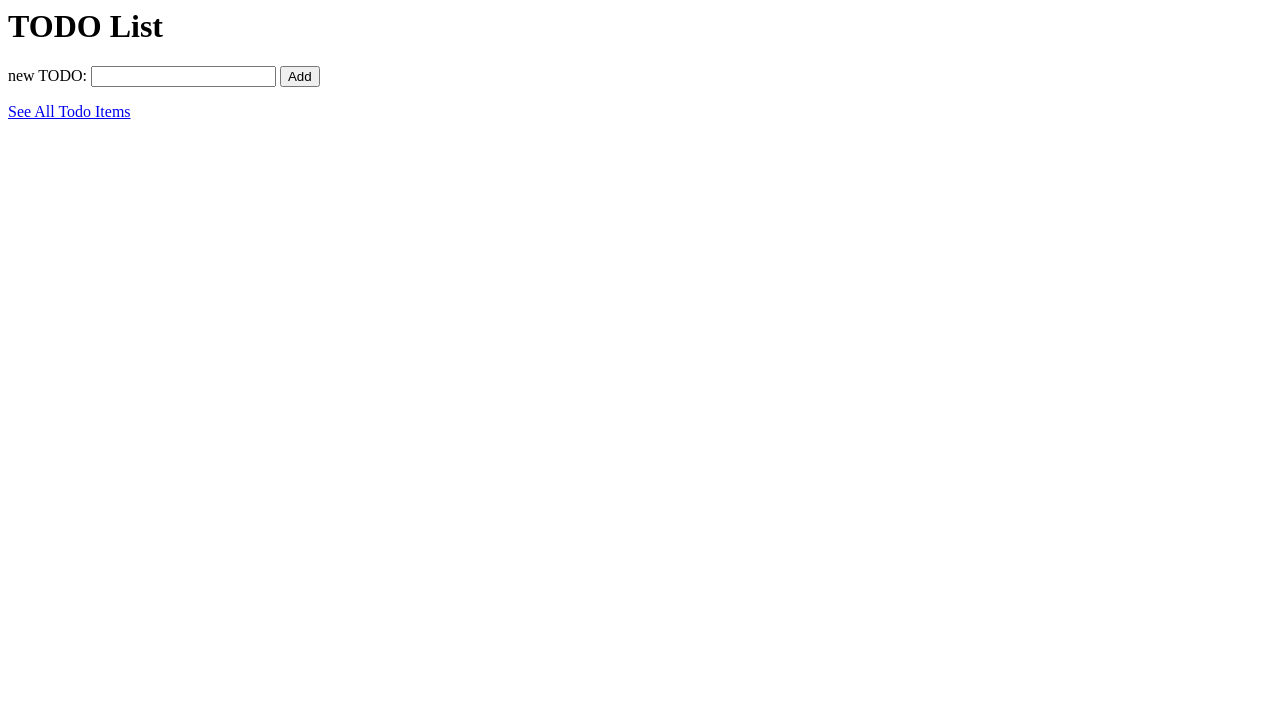
Repository: Katsu-Shunsuke/todo_flask
Page: http://localhost/
The author's editor kept a record of every edit. The page is drawn from the files as they stood at one moment, then again after the next edit.
The browser window is 1280 px wide. The pictures show the whole page.
The page is served by the project's application, run on Flask 3 (main.py).

Above is the page before.

### templates/index.html
<html>
    <body>
        <h1>TODO List</h1>
        <form method="POST", action="/append">
            new TODO: <input type="text" name="message">
            <input type="submit" value="Add">
        </form>
        <a href="/append">See All Todo Items</a>
    </body>
</html>

### main.py
from flask import Flask, request, render_template, redirect

app = Flask(__name__)
data = []

@app.route('/')
def index():
    return render_template('index.html', todo_list=data)


@app.route('/append', methods=['GET', 'POST'])
def append():
    if request.method == 'POST':
        new = request.form['message']
        if new in data:
            print('既に存在しています')
        else:
            data.append(new)
        return render_template('index.html', todo_list=data)

@app.route('/delete', methods=['POST'])
def delete_item():
    item = request.form['item']
    if item in data:
        data.remove(item)
    return redirect('/')

if __name__ == '__main__':
    app.run(port=8080, debug=True)

After the next edit:
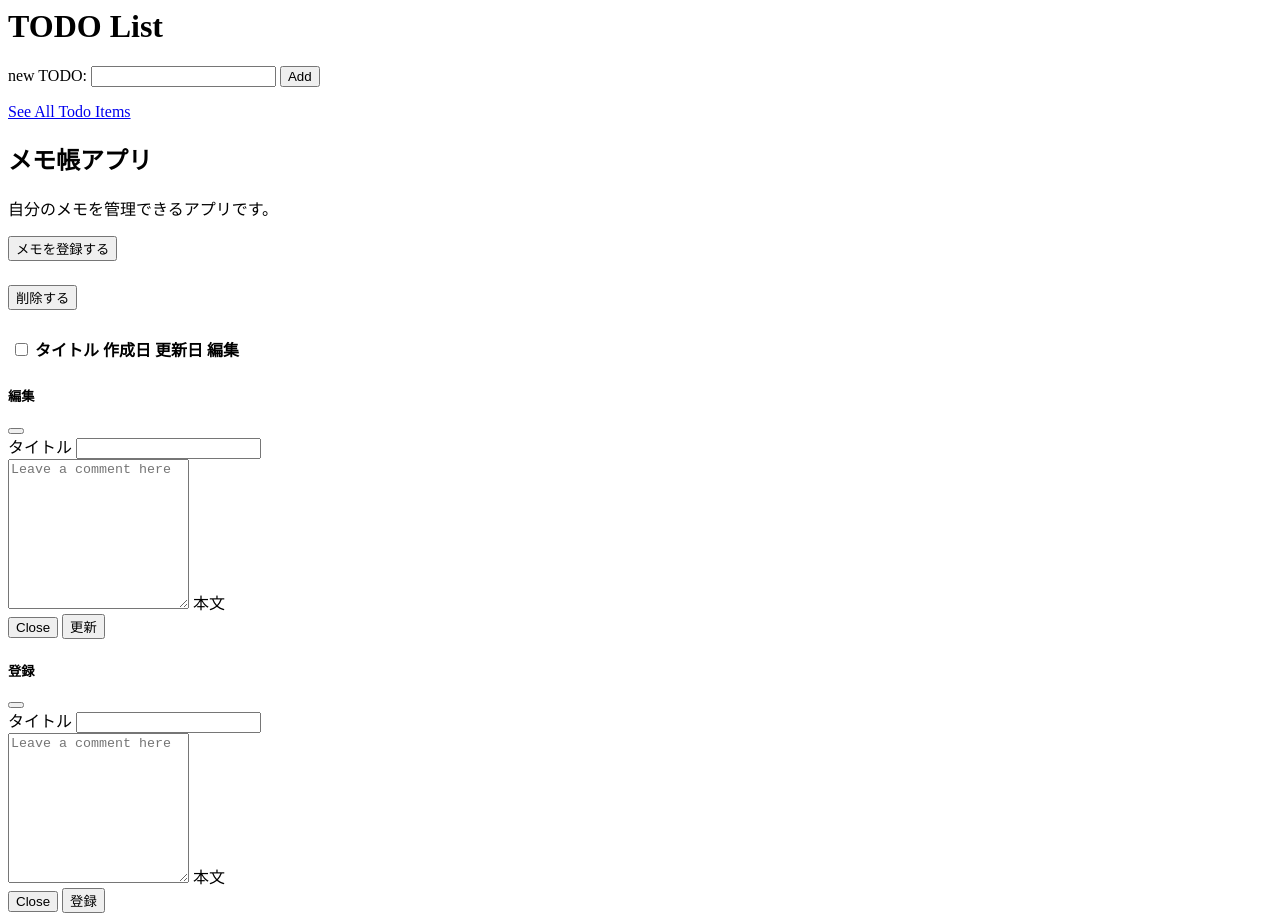
The edit:
--- a/templates/index.html
+++ b/templates/index.html
@@ -8,3 +8,99 @@
         <a href="/append">See All Todo Items</a>
     </body>
 </html>
+
+<!doctype html>
+<html lang="en">
+
+<body>
+    <div>
+        <h2>メモ帳アプリ</h3>
+            <p>自分のメモを管理できるアプリです。</p>
+    </div>
+    <div style="padding-bottom: 24px;">
+        <button id="id-add-button" class="btn btn-primary">メモを登録する</button>
+    </div>
+    <div>
+        <div style="padding-bottom: 24px;">
+            <button id="id-delete-button" class="btn btn-secondary">削除する</button>
+        </div>
+        <table class="table table-hover">
+            <thead>
+                <tr>
+                    <th scope="col"><input type="checkbox" id="id-delete-all-memos"></th>
+                    <th scope="col">タイトル</th>
+                    <th scope="col">作成日</th>
+                    <th scope="col">更新日</th>
+                    <th scope="col">編集</th>
+                </tr>
+            </thead>
+            <tbody id="id-memo-list">
+            </tbody>
+        </table>
+
+
+        <div class="modal fade" id="editModal" tabindex="-1" aria-labelledby="editModalLabel" aria-hidden="true">
+            <div class="modal-dialog">
+                <div class="modal-content">
+                    <div class="modal-header">
+                        <h5 class="modal-title" id="editModalLabel">編集</h5>
+                        <button type="button" class="btn-close" data-bs-dismiss="modal" aria-label="Close"></button>
+                    </div>
+                    <div class="modal-body">
+                        <div id="id-validation-error-in-edit-modal" class="alert alert-danger" style="display:none;"
+                            role="alert">
+                        </div>
+                        <div class="input-group mb-3">
+                            <span class="input-group-text" id="inputGroup-sizing-default">タイトル</span>
+                            <input type="text" id="id-modal-title" class="form-control"
+                                aria-label="Sizing example input" aria-describedby="inputGroup-sizing-default">
+                            <input type="hidden" id="id-memo-id">
+                        </div>
+                        <div class="form-floating">
+                            <textarea class="form-control" style="height: 150px;" placeholder="Leave a comment here"
+                                id="id-modal-body"></textarea>
+                            <label for="id-modal-body">本文</label>
+                        </div>
+                    </div>
+                    <div class="modal-footer">
+                        <button type="button" class="btn btn-secondary" data-bs-dismiss="modal">Close</button>
+                        <button type="button" id="id-update-button" class="btn btn-primary">更新</button>
+                    </div>
+                </div>
+            </div>
+        </div>
+
+        <div class="modal fade" id="id-add-modal" tabindex="-1" aria-labelledby="editModalLabel" aria-hidden="true">
+            <div class="modal-dialog">
+                <div class="modal-content">
+                    <div class="modal-header">
+                        <h5 class="modal-title" id="id-add-modal-label">登録</h5>
+                        <button type="button" class="btn-close" data-bs-dismiss="modal" aria-label="Close"></button>
+                    </div>
+                    <div class="modal-body">
+                        <div id="id-validation-error-in-add-modal" class="alert alert-danger" style="display:none;"
+                            role="alert">
+                        </div>
+                        <div class="input-group mb-3">
+                            <span class="input-group-text" id="inputGroup-sizing-default">タイトル</span>
+                            <input type="text" id="id-add-modal-title" class="form-control"
+                                aria-label="Sizing example input" aria-describedby="inputGroup-sizing-default">
+                        </div>
+                        <div class="form-floating">
+                            <textarea class="form-control" style="height: 150px;" placeholder="Leave a comment here"
+                                id="id-add-modal-body"></textarea>
+                            <label for="id-add-modal-body">本文</label>
+                        </div>
+                    </div>
+                    <div class="modal-footer">
+                        <button type="button" class="btn btn-secondary" data-bs-dismiss="modal">Close</button>
+                        <button type="button" id="id-add-modal-button" class="btn btn-primary">登録</button>
+                    </div>
+                </div>
+            </div>
+        </div>
+    </div>
+    <script src="https://cdn.jsdelivr.net/npm/bootstrap@5.1.0/dist/js/bootstrap.bundle.min.js"
+        integrity="sha384-U1DAWAznBHeqEIlVSCgzq+c9gqGAJn5c/t99JyeKa9xxaYpSvHU5awsuZVVFIhvj"
+        crossorigin="anonymous"></script>
+</body>
